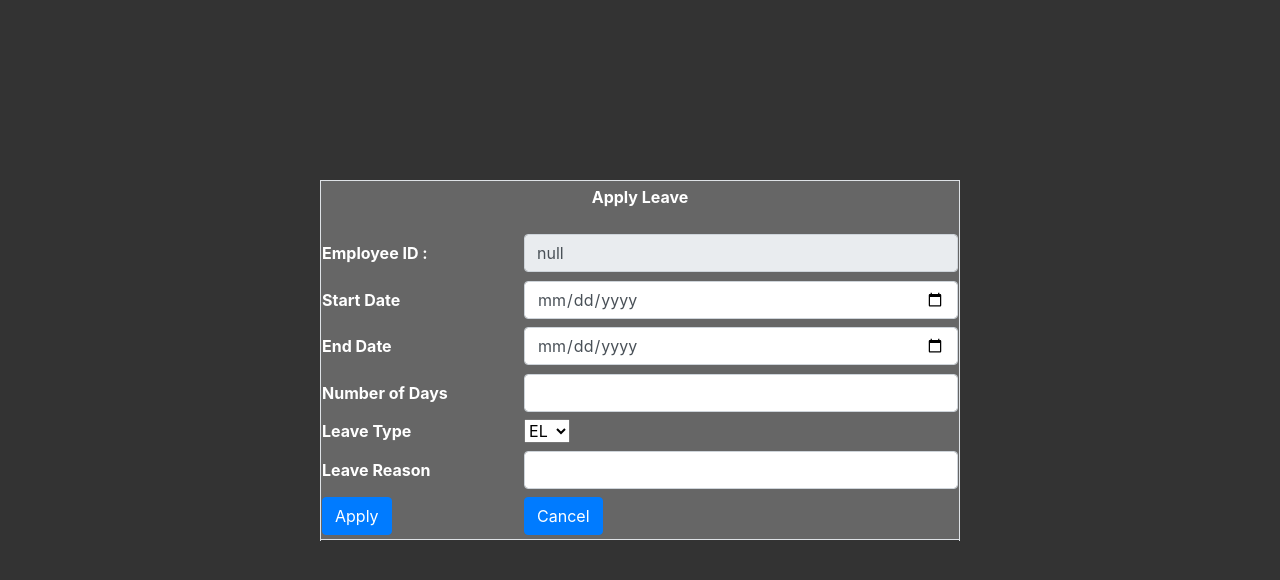
Repository: rkmr039/EMS_PROJECT
Page: http://localhost/EMS/ApplyLeaves.jsp
An editor plug-in stored every save of this project. The page is shown before and after the next save, followed by the edit.
The browser window is 1280 px wide. The pictures show the whole page.
The page is served by Tomcat 9. Other server files are loaded and not shown.

Above is the page before, as saved 2019-08-30 11:23:58.
Console error: TypeError: Cannot read properties of undefined (reading 'fn')

### EMS/WebContent/ApplyLeaves.jsp
<%@page import="com.hcl.ems.LeaveTypes"%>
<%@page import="java.text.DateFormat"%>
<%@page import="java.text.SimpleDateFormat"%>
<%@page import="java.util.Date"%>
<%@ page language="java" contentType="text/html; charset=ISO-8859-1"
    pageEncoding="ISO-8859-1"%>
<!DOCTYPE html PUBLIC "-//W3C//DTD HTML 4.01 Transitional//EN" "http://www.w3.org/TR/html4/loose.dtd">
<html>
<head>
<link rel="stylesheet" href="https://stackpath.bootstrapcdn.com/bootstrap/4.3.1/css/bootstrap.min.css" integrity="sha384-ggOyR0iXCbMQv3Xipma34MD+dH/1fQ784/j6cY/iJTQUOhcWr7x9JvoRxT2MZw1T" crossorigin="anonymous">
<script src="https://stackpath.bootstrapcdn.com/bootstrap/4.3.1/js/bootstrap.min.js" integrity="sha384-JjSmVgyd0p3pXB1rRibZUAYoIIy6OrQ6VrjIEaFf/nJGzIxFDsf4x0xIM+B07jRM" crossorigin="anonymous"></script>
<script >
function setEndDate(e){
	 var eDate = e.target.value;
	 eDateInput.min = eDate;
	}
function setNoDays(e){
	var d1 = eDateInput.value;
	var date1 = new Date(d1);
	var d2 = sDateInput.value;
	var date2 = new Date(d2);
	   var oneDay = 24 * 60 * 60 * 1000; // hours*minutes*seconds*milliseconds
       var diffDays = Math.abs((date1.getTime() - date2.getTime()) / (oneDay));
       // alert(diffDays);
      document.getElementById("noDays").value = diffDays+1;
}
</script>
<style>
body {
    background:#333;
}
#mainDiv{
	color:white;
	background-color:#666;
	top:0;
	bottom:0;
	right:0;
	left:0;
	margin:auto;
	position:absolute;
}
</style>
<meta http-equiv="Content-Type" content="text/html; charset=ISO-8859-1">
<title>Apply leave | EMS</title>
</head>
<body>





	<form method="get" action="Apply.jsp">

	<table class="container border rounded w-50 h-50" id="mainDiv">
	<div class="row ">
		<tr style="text-align:center">
			<th colspan="2"><p id="page">Apply Leave</p></th>
		</tr>
		<tr class="form-froup">
			<th>Employee ID :<th>
			<input type="text" readonly="readonly" class="form-control" value=<%=session.getAttribute("EMP_ID") %> name="empId"/>
		</tr>
	<%
		Date d = new Date();
		SimpleDateFormat sdf=new SimpleDateFormat("yyyy-MM-dd");
		String sDate = sdf.format(d);

	%>
		<tr class="form-froup">
			<th >Start Date</th>
			<td>
				<input type='date' name="startDate" class="form-control" id="sDateInput" min=<%=sDate%> required onchange="setEndDate(event);" />
            </td>
		</tr>
		<tr class="form-froup">
			<th>End Date</th>
			<td>
				<input type='date' name="endDate" class="form-control" id="eDateInput" required onchange="setNoDays(event);" />
            </td>
		</tr>

		<tr class="form-froup">
			<th>Number of Days</th>
			<td>
				<input type="text" name="noDays" class="form-control" id="noDays" required/>
			</td>
		</tr>
		<tr class="form-froup">

			<th>Leave Type</th>
			<td>
				<select name="type">
					<%
						int len = LeaveTypes.values().length;
						LeaveTypes[] ls = LeaveTypes.values();
						for(LeaveTypes type: ls) {
							out.println("<option class='form-control'>" + type.toString()+"</option>");
						}
					%>
				</select>
			</td>
		</tr>
		<tr class="form-froup">
			<th>Leave Reason</th>
			<td>
				<input type="text" class="form-control" name="reason"/ required>
			</td>
		</tr>
		<tr  >
			<td><input class="btn btn-primary" type="submit" value="Apply" name="apply"/></td>
			<td><input class="btn btn-primary" type="reset" onClick="javascript:window.location.href='dashboard.jsp'" value="Cancel" name="cancel"/></td>
		</tr>
		<tr>
		</tr>

		</tr>
		</div>
	</table>
	</form>

<script src="https://code.jquery.com/jquery-3.3.1.slim.min.js" integrity="sha384-q8i/X+965DzO0rT7abK41JStQIAqVgRVzpbzo5smXKp4YfRvH+8abtTE1Pi6jizo" crossorigin="anonymous"></script>
<script src="https://cdnjs.cloudflare.com/ajax/libs/popper.js/1.14.7/umd/popper.min.js" integrity="sha384-UO2eT0CpHqdSJQ6hJty5KVphtPhzWj9WO1clHTMGa3JDZwrnQq4sF86dIHNDz0W1" crossorigin="anonymous"></script>

</body>
</html>

### EMS/src/com/hcl/ems/LeaveTypes.java
package com.hcl.ems;

public enum LeaveTypes {
	EL,RH,CH
}

After the next save:
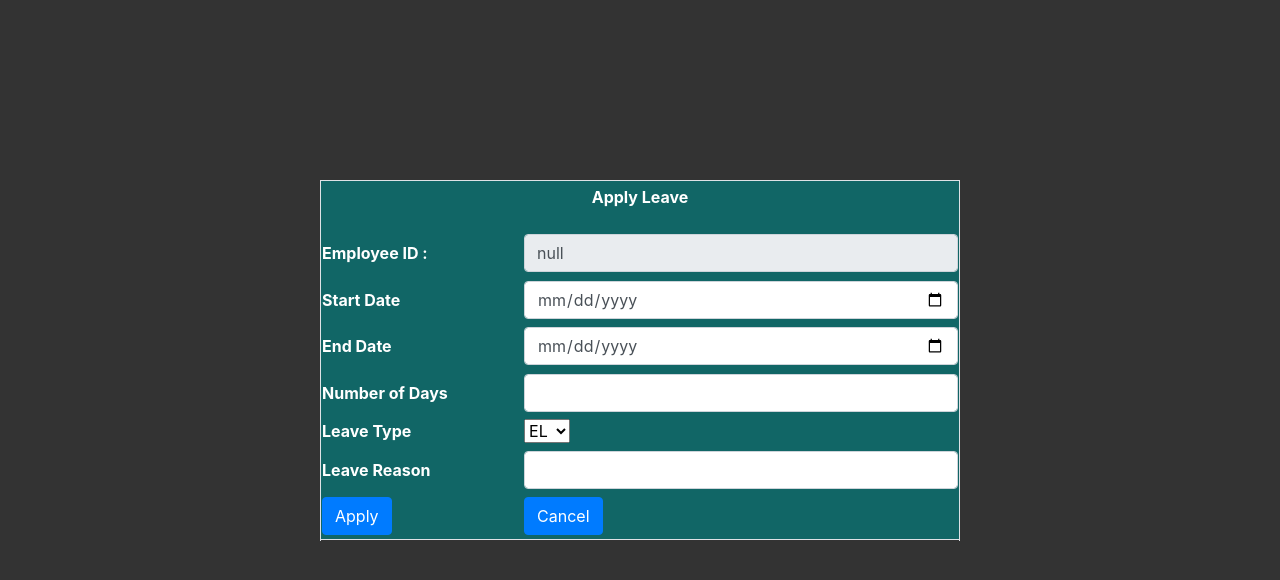
Saved 15 min 24 s later.
--- a/EMS/WebContent/ApplyLeaves.jsp
+++ b/EMS/WebContent/ApplyLeaves.jsp
@@ -31,7 +31,7 @@ body {
 }
 #mainDiv{
 	color:white;
-	background-color:#666;
+	background-color:#166;
 	top:0;
 	bottom:0;
 	right:0;
